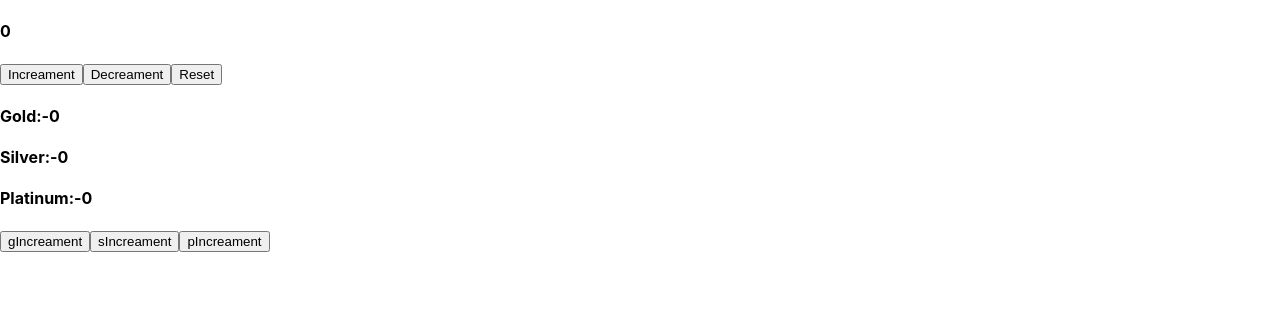
Repository: nir-github01/Reactjs
Page: / (app in counterapp/)
An editor plug-in stored every save of this project. The page is shown before and after a run of saves, followed by the edit.
The browser window is 1280 px wide. The pictures show the whole page.
The project was rebuilt for these pictures with package versions that can differ from the ones it lists, and the page was loaded fresh each time.

Above is the page before, as saved 2023-03-01 23:42:45.

### counterapp/src/index.js
import React from 'react';
import ReactDOM from 'react-dom/client';
import './index.css';
import App from './App';
import reportWebVitals from './reportWebVitals';
import Objectcount from './ObjectCount';

const root = ReactDOM.createRoot(document.getElementById('root'));
root.render(
  <React.StrictMode>
    <App />
    <Objectcount />
  </React.StrictMode>
);

// If you want to start measuring performance in your app, pass a function
// to log results (for example: reportWebVitals(console.log))
// or send to an analytics endpoint. Learn more: https://bit.ly/CRA-vitals
reportWebVitals();

### counterapp/src/App.js
// import logo from './logo.svg';
// import './App.css';

import { useState } from "react";




function App() {

  // const [count, setCount] = useState(0)  // normal condition

  //More accureate condition
  const [count, setCount] = useState(()=>{
    console.log('useState Excuted');
    return 0;
  })

  function increament(){
    // setCount(count + 1); // Normal Condition
    // setCount(count + 1);

    setCount((count)=>count + 1); //For Syncronous functionality
    // setCount((count)=>count + 1);
  }

  function decreament(){
    // setCount(count + 1); // Normal Condition
    // setCount(count + 1);
    if(count >= 1){
      setCount((count)=>count - 1);
    }
     //For Syncronous functionality
    // setCount((count)=>count - 1);
  }

  function reset(){
    // setCount(count + 1); // Normal Condition
    // setCount(count + 1);

    setCount((count)=> count =0); //For Syncronous functionality
    setCount((count)=> count =0);
  }
  return (
    <div className="App">
        <h4 >{count}</h4>
        <button onClick={increament}>Increament</button>
        <button onClick={decreament}>Decreament</button>
        <button onClick={reset}>Reset</button>
    </div>
  );
}

export default App;

### counterapp/src/ObjectCount.js

import React, { useState } from "react";


function Objectcount() {

  // const [count, setCount] = useState(0)  // normal condition

  //More accureate condition
  const [coins, setCoins] = useState({gold:0, silver:0, platinum:0})
  const  {gold, silver, platinum} = coins;
  function goldInc(){
       setCoins({...coins, gold:gold + 1});
  }
  function silverInc(){
    setCoins({...coins, silver:silver + 1});
  }

  function platinumInc(){
    setCoins({...coins, platinum:platinum + 1});
  }

  return (
    <div className="ObjectCount">
        <h4 >{'Gold' +':-'+ gold}</h4>   <h4 >{ 'Silver' +':-'+ silver}</h4>  <h4 >{ 'Platinum' +':-'+platinum}</h4>
        <button onClick={goldInc}>gIncreament</button>
        <button onClick={silverInc}>sIncreament</button>
        <button onClick={platinumInc}>pIncreament</button>

    </div>
  );
}

export default Objectcount;

### counterapp/src/Arraycount.js

import React, { useState } from "react";


function Arraycount() {

  // const [count, setCount] = useState(0)  // normal condition

  //More accureate condition
  const [array, setArray] = useState([])
  const  {gold, silver, platinum} = coins;
  function arrayUpdate(){
       setCoins(arr=>([...arr,  `${arr.length}`]));
  }


  return (
    <div className="ObjectCount">
        <h4>{array}</h4>

        <button onClick={arrayUpdate}>Array</button>

    </div>
  );
}

export default Arraycount;

Loaded but not shown: counterapp/public/index.html (common file); counterapp/src/index.css (common file); counterapp/src/reportWebVitals.js (common file)

After the next 2 saves:
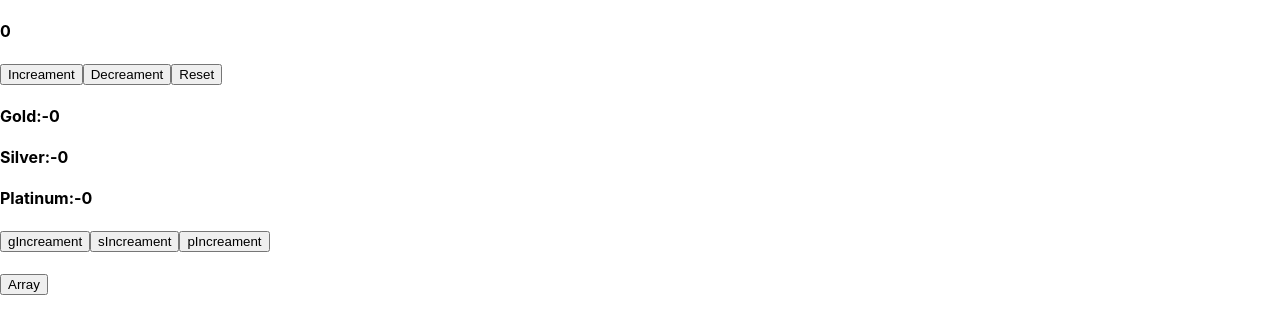
The 2 saves are shown as one change because 1 did not build or start.
The last was saved 2 min 26 s later.
--- a/counterapp/src/index.js
+++ b/counterapp/src/index.js
@@ -4,12 +4,14 @@ import './index.css';
 import App from './App';
 import reportWebVitals from './reportWebVitals';
 import Objectcount from './ObjectCount';
+import Arraycount from './Arraycount';
 
 const root = ReactDOM.createRoot(document.getElementById('root'));
 root.render(
   <React.StrictMode>
     <App />
     <Objectcount />
+    <Arraycount />
   </React.StrictMode>
 );
 
--- a/counterapp/src/Arraycount.js
+++ b/counterapp/src/Arraycount.js
@@ -8,7 +8,6 @@ function Arraycount() {
 
   //More accureate condition
   const [array, setArray] = useState([])
-  const  {gold, silver, platinum} = coins;
   function arrayUpdate(){
        setCoins(arr=>([...arr,  `${arr.length}`]));
   }
